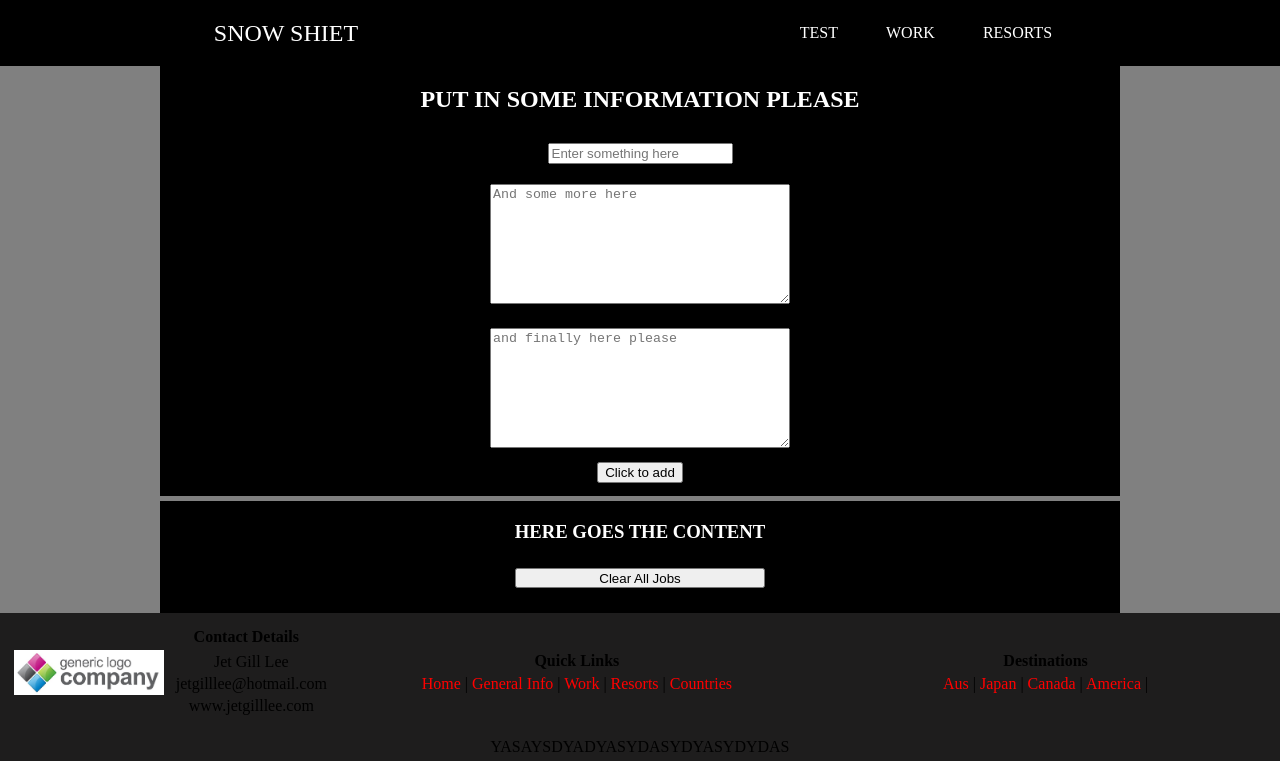
Repository: Jet-Gill-Lee/SnowSite
Page: submit-stuff.html
These files come from the project's save history. The page is drawn as it stood at one moment and after the next save; the edit follows.
The browser window is 1280 px wide. The pictures show the whole page.

Above is the page before, as saved 2021-07-24 23:22:51.

### submit-stuff.html
<!DOCTYPE html>
<html lang="en">
<head>
  <meta charset="UTF-8">
  <meta http-equiv="X-UA-Compatible" content="IE=edge">
  <meta name="viewport" content="width=device-width, initial-scale=1.0">
  <title>Document</title>
  <script src="submitScript.js" defer></script>
  <link rel="stylesheet" href="./css/submitStuff.css"></style>
  <link rel="stylesheet" href="./css/stylesheet.css">
</head>
<div class="navbar">
  <div class="brand-title"><a href='index.html'>SNOW SHIET</a></div>
    <a href='#' class='toggle-button'>
    <span class="bar"></span>
    <span class="bar"></span>
    <span class="bar"></span></a>
  <div class="navbar-links">
    <ul>
      <li><a href="submit-stuff.html">TEST</a></li>
      <li><a href="work-overview.html">WORK</a></li>
      <li><a href="resorts-overview.html">RESORTS</a></li>
    </ul>
  </div>
</div>

  <div class="form-container">
    <h2>PUT IN SOME INFORMATION PLEASE</h2>
    <div id='error'></div>
    <form id="addNewJob">
    <div class='form-box'>
      <!-- <label for="job-title"></label> -->
      <input type="text" id='job-title' placeholder="Enter something here">
    </div>
    <div class='form-box'>
      <!-- <label for="job-descrip"></label> -->
      <textarea id='job-descrip' placeholder="And some more here" style='width:300px;height:120px;'></textarea>
    </div>
    <div class='form-box'>
      <!-- <label for="job-benefits"></label> -->
      <textarea id='job-benefits' placeholder="and finally here please" style='width:300px;height:120px;'></textarea>
    </div>
    <div class="form-button">
      <button id='btn'>Click to add</button>
    </div>
    <div id="msg">
      <pre></pre>
    </div>
    </form>
    </div>
</div>
  <div class="section-header"><h3>HERE GOES THE CONTENT</h3></div>
  <div id="job-listings">
      <!-- JOB LISTING CONTENT GOES HERE -->
  </div>
  <div id='button-back'>
  <button id='btn2'>Clear All Jobs</button>
  </div>
  <div class="footer">
    <div class='footer-flex-container'>
      <div class="footer-flex-item contact">
        <img src="./image/generic-logo.jpg" alt="" srcset="" style='width:50%'>
        <div class="text-wrapper">
        <h4>Contact Details</h3>
        <p>Jet Gill Lee</p>
        <p>jetgilllee@hotmail.com
        </p>
        <p>www.jetgilllee.com</p>
        </div>
      </div>
      <div class="footer-flex-item flex-gen-links">
        <div class='link-wrapper'>
          <h4>Quick Links</h4>
        <a href="index.html">Home</a> <span> | </span>
        <a href="general-info.html">General Info</a><span> | </span>
        <a href="work-overview.html">Work</a><span> | </span>
        <a href="resorts-overview.html">Resorts</a><span> | </span>
        <a href="country-splash.html">Countries</a>
        </div>
      </div>
      <div class="footer-flex-item flex-links">
        <div class="link-wrapper">
            <h4>Destinations</h4>
          <a href="country.html">Aus</a> <span> | </span>
          <a href="country.html">Japan</a> <span> | </span>
          <a href="country.html">Canada</a> <span> | </span>
          <a href="country.html">America</a> <span> | </span>
        </div>
      </div>
    </div>
    <div class="copyright">YASAYSDYADYASYDASYDYASYDYDAS</div>
  </div>


</body>
</html>

### submitScript.js

let jobList = []
const addJob = (e) => {
  e.preventDefault()
  let newJob = {
    id: Date.now(),
    jobTitle: document.getElementById('job-title').value,
    jobDescrip: document.getElementById('job-descrip').value,
    jobBenefits: document.getElementById('job-benefits').value
  }
  if (newJob.jobTitle === '' || newJob.jobDescrip === '' || newJob.jobBenefits === ''){
    let error = document.getElementById('error');
    error.textContent = 'You must fill out all fields'
    return
  }
  document.querySelector('#addNewJob').reset();
  const jobInfo = newJob
  const { jobTitle, jobDescrip, jobBenefits } = jobInfo
  const newJobBox = document.createElement('div');
  newJobBox.classList.add('job-box')
  const jobBoxContent = `
                        <div class='job-box-column job-box-title'><h4>Title</h4><span>${jobTitle}</span></div>
                        <div class='job-box-column job-box-content'><h5>Header</h5><span>${jobDescrip}</span></div>
                        <div class='job-box-column job-box-content'><h5>Second Header</h5><span>${jobBenefits}</span></div>
                        `

  // const newContent = document.createTextNode(`Job Title: ${jobTitle} - Job Description: ${jobDescrip} - Job Benefits: ${jobBenefits}`)
  newJobBox.innerHTML = jobBoxContent
  const jobListings = document.getElementById('job-listings')
  jobListings.append(newJobBox)
  // newDiv.append(newContent);
  // const currentDiv = document.getElementById('job-listings')
  // currentDiv.append(newDiv)
  localStorage.setItem('JobList', jobListings.innerHTML)
  }
//   let pre = document.querySelector('.job-listings div');
//   pre.textContent = '\n' + JSON.stringify(jobList, '\t', 2);
// }

const clearJobs = (e) => {
  e.preventDefault();
  var jobList = document.getElementById('job-listings')
  while (jobList.firstChild){
    jobList.firstChild.remove()
  }
  localStorage.removeItem('JobList')
}
document.addEventListener('DOMContentLoaded', () => {
  document.getElementById('btn').addEventListener('click', addJob)
  document.getElementById('btn2').addEventListener('click', clearJobs)
});
//should it be done like this? not sure how it'll
document.body.onload = getSavedJobs;
function getSavedJobs() {
  const savedJobs = localStorage.getItem('JobList')
  if (!savedJobs){
    console.log('no local storage')
  } else {
    const jobList = document.getElementById('job-listings')
    jobList.innerHTML = savedJobs;
    console.log('get local storage')
  }
}

### css/submitStuff.css

* {
  box-sizing: border-box;
}
body {
  background-color: grey;
}
.form-container {
  width: 75%;
  min-width: 380px;
  min-height: 20vh;
  background-color: black;
  display: flex;
  flex-direction: column;
  justify-content: center;
  align-items: center;
  margin: auto;
  color: white;
  text-align: center;
}

#addNewJob {
  display:flex;
  flex-direction: column;
  align-items: center;
  justify-content: start;
}
#error {
  color: white;

}
.form-box {
  padding: 10px;
}
#btn {

  margin: auto;
}
#job-listings {
  display:flex;
  width:75%;
  min-width: 380px;
  background-color: black;
  color: white;
  margin:auto;
  justify-content: flex-start;
  flex-direction: column;
  text-align: center;
  min-width: 380px;

}
.job-box {
  display: flex;
  justify-content: space-around;
  margin-left: 30px;
  margin-right: 30px;
  margin-bottom: 30px;
  margin: none;
  flex-wrap: wrap;
}
.job-box-column {
  display:flex;
  flex-direction: column;
  align-items: center;
  border: 1px solid white;
  flex: 2;
  text-align: center;
  padding: 10px;
}
.job-box-title {
  flex: 1;
}
.job-box-title h4 {
  margin-top: 5%;
  margin-bottom: 5%;
}
.job-box-content{
  min-width: 300px;
}
.job-box-content h5 {
  margin-top: 4%;
}


#btn2 {
 width: 250px;
 height: 20px;
 display:block;
 margin:auto;
}
.section-header{
  width:75%;
  background-color: black;
  color: white;
  margin:auto;
  padding: 25px;
  text-align: center;
  padding-top: 20px;
  min-width: 380px;
  margin-top: 5px;

}
.section-header h3{
  padding-top: 0px;
  margin:0;
}
#button-back{
  width:75%;
  background-color: black;
  margin:auto;
  padding-bottom: 25px;
  min-width: 380px;

}

### css/stylesheet.css
body {
  margin:0;
  padding:0;
}
* {
  box-sizing: border-box;
}
.hero {
  background: url('../image/background-desktop.jpg');
  background-repeat: no-repeat;
  background-size: cover;
  background-position: 50% 0;
  height: 100vh;
}
.navbar {
  display: flex;
  background-color: rgba(0, 0, 0);
  justify-content: space-around;
  align-items: center;
  box-sizing: unset;
}
.brand-title {
  font-size: 1.5rem;
  height: 100%;
}
.brand-title a{
  color: white;
  text-decoration: none;
  padding: 10px;
  display:block;
}
.navbar-links {
  height: 100%;
  align-items: center;
  justify-content: space-around;
}
.navbar-links ul{
  display: flex;
  list-style: none;
  padding: 0;
}
.navbar-links li a {
  padding: 0.5rem 1.5rem;
  text-decoration: none;
  display:block;
  color:white;
}
.navbar-links ul li a:hover {
  background-color: rgba(255, 255, 255, 0.178);
}

.toggle-button {
  display: none;
  flex-direction: column;
  justify-content: space-between;
  width: 30px;
  height: 20px;
  position: absolute;
  top: 1rem;
  right: 1.5rem;
}
.toggle-button .bar {
  width: 100%;
  height: 3px;
  background-color: white;
  border-radius: 10px;
}
.hero-content {
  margin-left: 20%;
  padding-top: 12vh;
}
.hero-text {
  width:45%;
  font-size: 3rem;
  display:none;
}
.hero-text.active {
  display: block;
}
.footer-flex-container {
  display: flex;
  flex-wrap: wrap;
  justify-content: space-around;
}
.footer {
  background-color: rgba(14, 13, 13, 0.863);
}
.footer-flex-item {
  min-width: 300px;
  width: 33.3%;
  display:flex;
  align-items: center;
  justify-content: center;
  min-height: 120px;
  text-align: center;
}
.footer-flex-item.contact {
  flex-basis: 20%;
}
.footer-flex-item a{
  text-decoration: none;
  color:red;
}
.footer-flex-item a:visited{
  text-decoration: none;
  color: red;
}
.footer-flex-item p {
  padding: 2px;
  margin-bottom: 0;
  margin-top: 0;
  margin-left: 10px;
}
.footer-flex-item h4 {
  margin-top: 0;
  margin-bottom: 5px;
}
.copyright {
  text-align: center;
  width: 100%;
  padding: 5px;

}

@media (max-width: 600px) {
  .hero {
    height: 70vh;
  }
  .navbar-links {
    display:none;
    width: 100%;
  }
  .toggle-button {
    display: flex;
  }
  .hero-content {
    padding-top: 6vh;
  }
  .hero-text {
    position: absolute;
    top: 100px;
    z-index: 1;
  }
  .brand-title {
    padding-left: 20px;
  }
  .navbar {
    flex-direction: column;
    align-items: flex-start;
  }
  .navbar-links ul {
    flex-direction: column;
    align-items: center;
    width: 100%;
  }
  .navbar-links ul li {
    width: 100%;
    text-align: center;
  }
  .navbar-links.active {
    display: flex;
    z-index: 10;
  }
}
@media (max-width: 400px) {
 .hero {
   height: 50vh;
 }
 .hero-content {
   margin: 20px;
 }
 .hero-text {
   padding-top: 10px;
   top: 50px;
   width: 80%;
   word-wrap: break-word;
 }
}

After the next save:
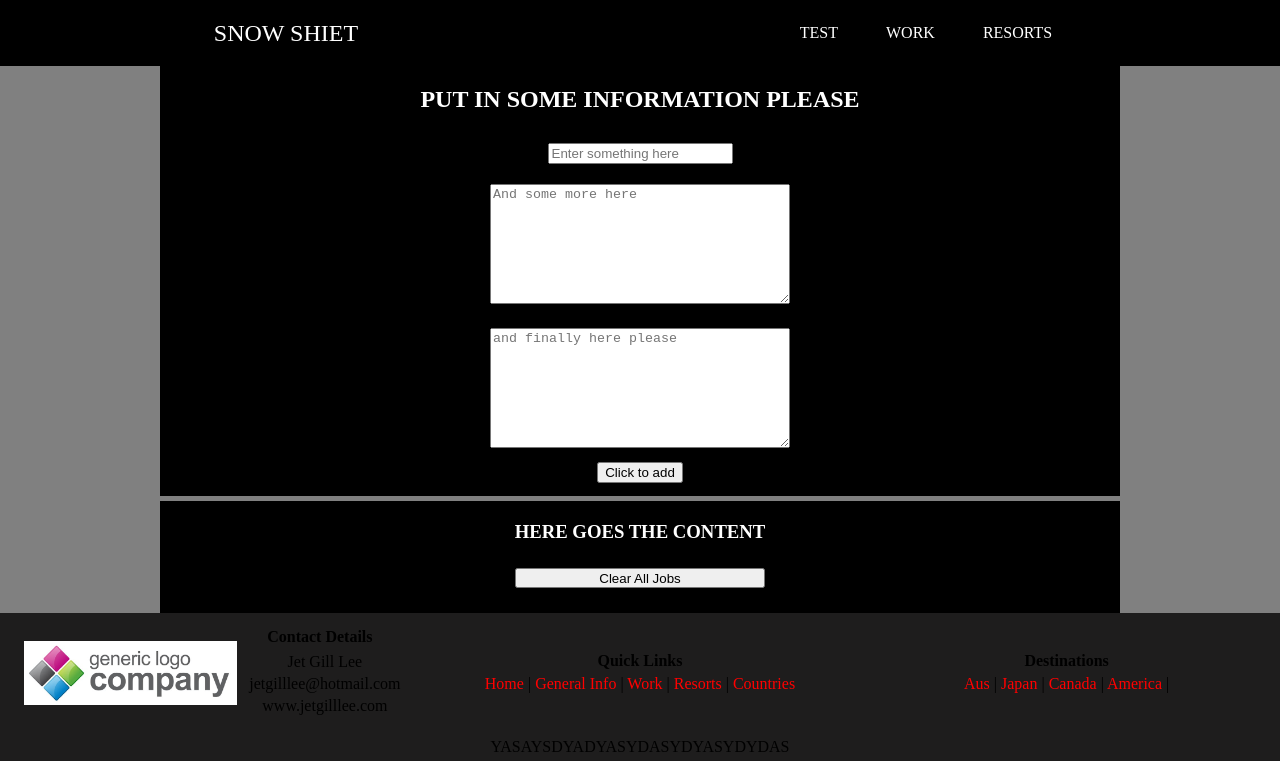
Saved 5 s later.
--- a/css/stylesheet.css
+++ b/css/stylesheet.css
@@ -95,7 +95,7 @@ body {
   text-align: center;
 }
 .footer-flex-item.contact {
-  flex-basis: 20%;
+
 }
 .footer-flex-item a{
   text-decoration: none;
